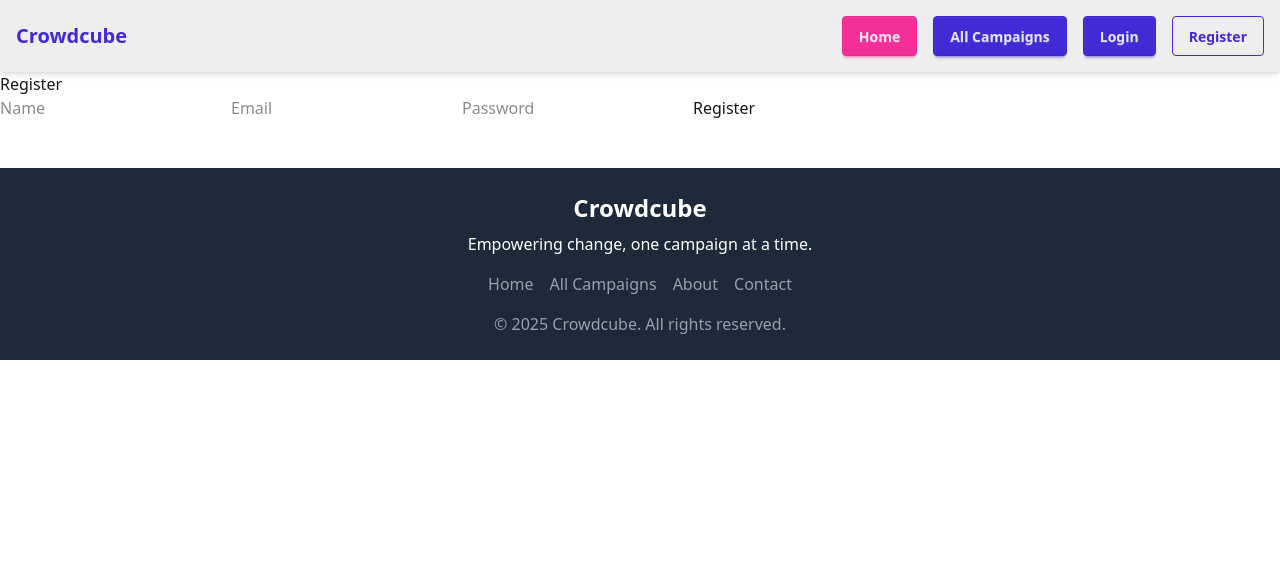
Repository: Aminul-Islam85/crowd-client
Page: /register
The author's editor kept a copy of each file at every save. The page is drawn from the files as they stood at one save, then again after the next save.
The browser window is 1280 px wide. The pictures show the whole page.
The project was rebuilt for these pictures with package versions that can differ from the ones it lists, and the page was loaded fresh each time. Also part of the build but not shown: vite.config.js, src/pages/Home.jsx, src/pages/auth/Login.jsx, src/pages/AddCampaign.jsx, src/pages/Campaigns.jsx, src/pages/CampaignDetails.jsx, src/pages/MyDonations.jsx, src/pages/MyCampaigns.jsx.

Above is the page before, as saved 2025-03-18 20:01:53.

### src/main.jsx
import { StrictMode } from "react";
import { createRoot } from "react-dom/client";
import "./index.css";
import App from "./App.jsx";
import { AuthProvider } from "./context/AuthContext"; // ✅ Import AuthProvider

createRoot(document.getElementById("root")).render(
  <StrictMode>
    <AuthProvider> {/* ✅ Wrap App with AuthProvider */}
      <App />
    </AuthProvider>
  </StrictMode>
);

### src/App.jsx
import { BrowserRouter as Router, Routes, Route, Navigate, useLocation } from "react-router-dom";
import Navbar from "./components/Navbar";
import Footer from "./components/Footer"; // ✅ Import Footer Component
import { useAuthState } from "react-firebase-hooks/auth";
import { auth } from "./config/firebase";
import { AuthProvider } from "./context/AuthContext";

import Home from "./pages/Home";
import Login from "./pages/auth/Login";
import Register from "./pages/auth/Register";
import AddCampaign from "./pages/AddCampaign";
import Campaigns from "./pages/Campaigns";
import CampaignDetails from "./pages/CampaignDetails";
import MyDonations from "./pages/MyDonations";
import MyCampaigns from "./pages/MyCampaigns";

const PrivateRoute = ({ children }) => {
  const [user] = useAuthState(auth);
  const location = useLocation();
  return user ? children : <Navigate to="/login" state={{ from: location }} replace />;
};

function App() {
  return (
    <AuthProvider>
      <Router>
        <Navbar />
        <Routes>
          <Route path="/" element={<Home />} />
          <Route path="/login" element={<Login />} />
          <Route path="/register" element={<Register />} />
          <Route path="/add-campaign" element={<PrivateRoute><AddCampaign /></PrivateRoute>} />
          <Route path="/campaigns" element={<Campaigns />} />
          <Route path="/campaigns/:id" element={<CampaignDetails />} />
          <Route path="/my-donations" element={<PrivateRoute><MyDonations /></PrivateRoute>} />
          <Route path="/my-campaigns" element={<PrivateRoute><MyCampaigns /></PrivateRoute>} />
        </Routes>
        <Footer /> {/* ✅ Place Footer outside Routes so it appears on all pages */}
      </Router>
    </AuthProvider>
  );
}

export default App;

### src/context/AuthContext.jsx
import { createContext, useContext, useState, useEffect } from "react";
import { auth } from "../config/firebase"; // Make sure firebase is properly configured
import { onAuthStateChanged } from "firebase/auth";

const AuthContext = createContext();

export const AuthProvider = ({ children }) => {
  const [user, setUser] = useState(null);
  const [loading, setLoading] = useState(true);

  useEffect(() => {
    const unsubscribe = onAuthStateChanged(auth, (currentUser) => {
      setUser(currentUser);
      setLoading(false);
    });
    return () => unsubscribe();
  }, []);

  return (
    <AuthContext.Provider value={{ user }}>
      {!loading && children}
    </AuthContext.Provider>
  );
};

export const useAuth = () => useContext(AuthContext);

### src/components/Navbar.jsx
import { Link } from "react-router-dom";
import { useAuthState } from "react-firebase-hooks/auth";
import { auth } from "../config/firebase";
import { FaUserCircle } from "react-icons/fa"; // Import User Icon

const Navbar = () => {
  const [user] = useAuthState(auth);

  const handleLogout = async () => {
    await auth.signOut();
  };

  return (
    <nav className="flex justify-between items-center p-4 bg-base-300 shadow-md">
      {/* Website Name/Logo */}
      <Link to="/" className="text-xl font-bold text-primary">
        Crowdcube
      </Link>

      {/* Navbar Links */}
      <div className="flex items-center space-x-4">
        <Link to="/" className="btn btn-secondary">Home</Link>
        <Link to="/campaigns" className="btn btn-primary">All Campaigns</Link>

        {/* Protected Routes: Show only when user is logged in */}
        {user && (
          <>
            <Link to="/add-campaign" className="btn btn-outline btn-primary">Add Campaign</Link>
            <Link to="/my-campaigns" className="btn btn-outline btn-secondary">My Campaigns</Link>
            <Link to="/my-donations" className="btn btn-outline btn-primary">My Donations</Link>

            {/* User Icon with Hover Details */}
            <div className="relative group flex items-center">
              <FaUserCircle className="text-3xl text-primary cursor-pointer" />
              <div className="absolute hidden group-hover:block bg-white p-2 rounded shadow-md right-0 mt-2">
                <p className="text-sm font-semibold">{user.displayName || "User"}</p>
                <p className="text-xs text-gray-600">{user.email}</p>
              </div>
            </div>

            {/* Log Out Button */}
            <button onClick={handleLogout} className="btn btn-error">Log Out</button>
          </>
        )}

        {/* Conditional Login/Register */}
        {!user && (
          <>
            <Link to="/login" className="btn btn-primary">Login</Link>
            <Link to="/register" className="btn btn-outline btn-primary">Register</Link>
          </>
        )}
      </div>
    </nav>
  );
};

export default Navbar;

### src/components/Footer.jsx
import { Link } from "react-router-dom";

const Footer = () => {
  return (
    <footer className="mt-12 p-6 bg-gray-800 text-white text-center">
      <h2 className="text-2xl font-bold">Crowdcube</h2>
      <p className="mt-2">Empowering change, one campaign at a time.</p>

      <div className="flex justify-center space-x-4 mt-4">
        <Link to="/" className="text-gray-400 hover:text-white">Home</Link>
        <Link to="/campaigns" className="text-gray-400 hover:text-white">All Campaigns</Link>
        <Link to="/about" className="text-gray-400 hover:text-white">About</Link>
        <Link to="/contact" className="text-gray-400 hover:text-white">Contact</Link>
      </div>

      <p className="mt-4 text-gray-400">&copy; {new Date().getFullYear()} Crowdcube. All rights reserved.</p>
    </footer>
  );
};

export default Footer;

### src/config/firebase.js
import { initializeApp } from "firebase/app";
import { getAuth, GoogleAuthProvider } from "firebase/auth";

const firebaseConfig = {
  apiKey: import.meta.env.VITE_FIREBASE_API_KEY,
  authDomain: import.meta.env.VITE_FIREBASE_AUTH_DOMAIN,
  projectId: import.meta.env.VITE_FIREBASE_PROJECT_ID,
  storageBucket: import.meta.env.VITE_FIREBASE_STORAGE_BUCKET,
  messagingSenderId: import.meta.env.VITE_FIREBASE_MESSAGING_SENDER_ID,
  appId: import.meta.env.VITE_FIREBASE_APP_ID,
};

const app = initializeApp(firebaseConfig);
const auth = getAuth(app);
export const googleProvider = new GoogleAuthProvider();

export { auth, app };

### src/pages/auth/Register.jsx
import { useState } from "react";
import { auth } from "../../config/firebase";
import { createUserWithEmailAndPassword, updateProfile } from "firebase/auth";
import { useNavigate } from "react-router-dom";

const Register = () => {
  const [form, setForm] = useState({ name: "", email: "", password: "" });
  const [error, setError] = useState(null);
  const navigate = useNavigate();

  const handleChange = (e) => {
    setForm({ ...form, [e.target.name]: e.target.value });
  };

  const handleSubmit = async (e) => {
    e.preventDefault();
    try {
      const userCredential = await createUserWithEmailAndPassword(
        auth,
        form.email,
        form.password
      );
      await updateProfile(userCredential.user, { displayName: form.name });

      // Store user data in backend using Fetch API
      await fetch("http://localhost:5000/api/users/register", {
        method: "POST",
        headers: { "Content-Type": "application/json" },
        body: JSON.stringify({ name: form.name, email: form.email }),
      });

      navigate("/login");
    } catch (err) {
      setError(err.message);
    }
  };

  return (
    <div>
      <h2>Register</h2>
      {error && <p style={{ color: "red" }}>{error}</p>}
      <form onSubmit={handleSubmit}>
        <input type="text" name="name" placeholder="Name" onChange={handleChange} required />
        <input type="email" name="email" placeholder="Email" onChange={handleChange} required />
        <input type="password" name="password" placeholder="Password" onChange={handleChange} required />
        <button type="submit">Register</button>
      </form>
    </div>
  );
};

export default Register;

Loaded but not shown: index.html (common file); src/index.css (common file)

After the next save:
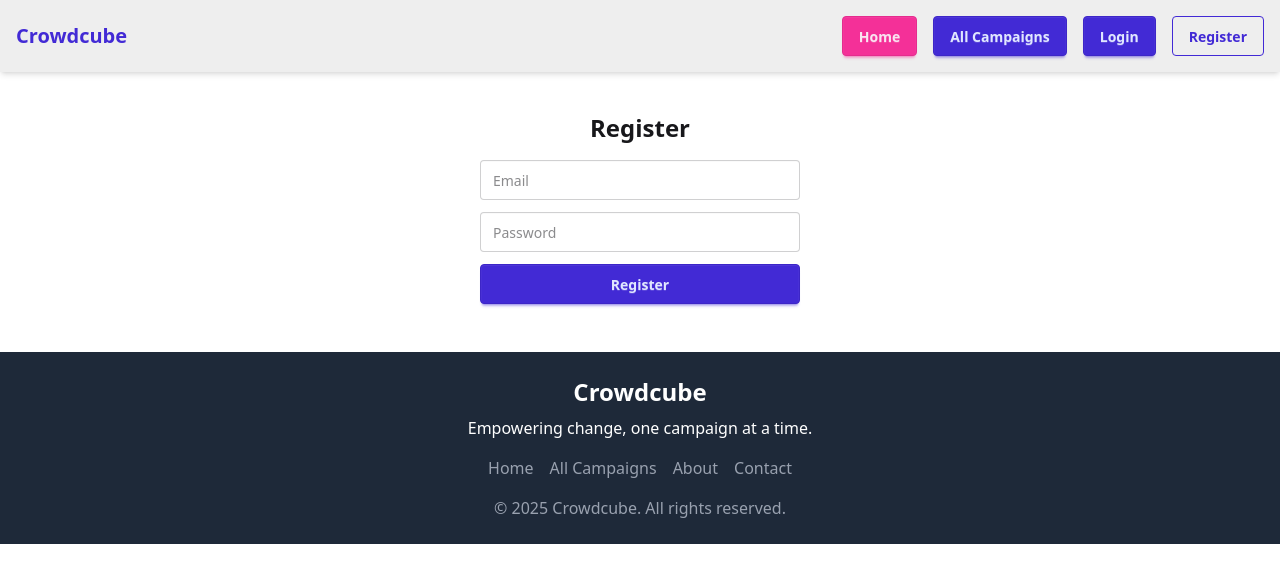
Saved 23 s later.
--- a/src/pages/auth/Register.jsx
+++ b/src/pages/auth/Register.jsx
@@ -1,49 +1,48 @@
 import { useState } from "react";
 import { auth } from "../../config/firebase";
-import { createUserWithEmailAndPassword, updateProfile } from "firebase/auth";
+import { createUserWithEmailAndPassword } from "firebase/auth";
 import { useNavigate } from "react-router-dom";
+import { toast } from "react-toastify"; // ✅ Import toast
+import "react-toastify/dist/ReactToastify.css"; // ✅ Import toast CSS
 
 const Register = () => {
-  const [form, setForm] = useState({ name: "", email: "", password: "" });
-  const [error, setError] = useState(null);
+  const [form, setForm] = useState({ email: "", password: "" });
   const navigate = useNavigate();
 
   const handleChange = (e) => {
     setForm({ ...form, [e.target.name]: e.target.value });
   };
 
+  // ✅ Password validation function
+  const validatePassword = (password) => {
+    return /[A-Z]/.test(password) && /[a-z]/.test(password) && password.length >= 6;
+  };
+
+  // ✅ Handle Registration
   const handleSubmit = async (e) => {
     e.preventDefault();
+
+    if (!validatePassword(form.password)) {
+      toast.error("Password must have uppercase, lowercase, and at least 6 characters!");
+      return;
+    }
+
     try {
-      const userCredential = await createUserWithEmailAndPassword(
-        auth,
-        form.email,
-        form.password
-      );
-      await updateProfile(userCredential.user, { displayName: form.name });
-
-      // Store user data in backend using Fetch API
-      await fetch("http://localhost:5000/api/users/register", {
-        method: "POST",
-        headers: { "Content-Type": "application/json" },
-        body: JSON.stringify({ name: form.name, email: form.email }),
-      });
-
-      navigate("/login");
+      await createUserWithEmailAndPassword(auth, form.email, form.password);
+      toast.success("Registration successful! Redirecting...");
+      setTimeout(() => navigate("/login"), 2000);
     } catch (err) {
-      setError(err.message);
+      toast.error(`Registration failed: ${err.message}`);
     }
   };
 
   return (
-    <div>
-      <h2>Register</h2>
-      {error && <p style={{ color: "red" }}>{error}</p>}
-      <form onSubmit={handleSubmit}>
-        <input type="text" name="name" placeholder="Name" onChange={handleChange} required />
-        <input type="email" name="email" placeholder="Email" onChange={handleChange} required />
-        <input type="password" name="password" placeholder="Password" onChange={handleChange} required />
-        <button type="submit">Register</button>
+    <div className="flex flex-col items-center mt-10">
+      <h2 className="text-2xl font-bold mb-4">Register</h2>
+      <form onSubmit={handleSubmit} className="flex flex-col gap-3 w-80">
+        <input type="email" name="email" placeholder="Email" className="input input-bordered w-full" onChange={handleChange} required />
+        <input type="password" name="password" placeholder="Password" className="input input-bordered w-full" onChange={handleChange} required />
+        <button type="submit" className="btn btn-primary w-full">Register</button>
       </form>
     </div>
   );
